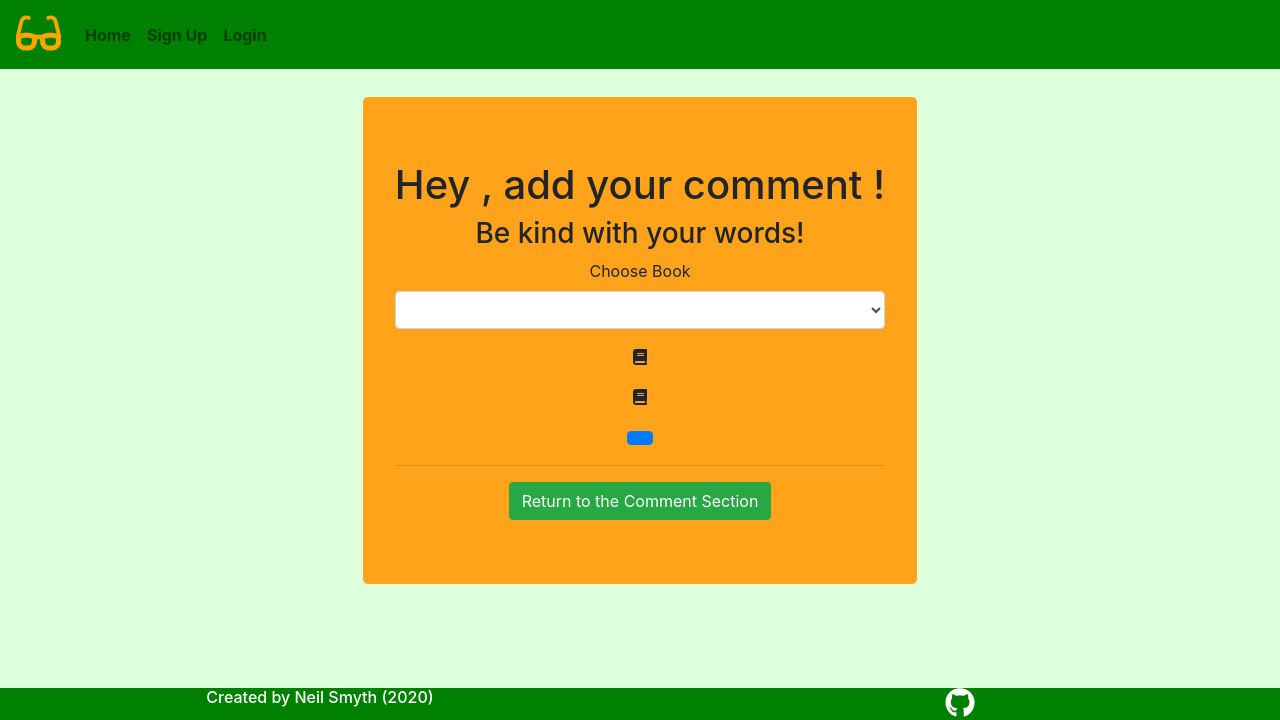
Repository: NeiloErnesto89/Data_Centric_Dev_Milestone_Project3
Page: templates/comment_form.html
The author's editor kept a record of every edit. The page is drawn from the files as they stood at one moment, then again after the next edit.
The browser window is 1280 px wide. The pictures show the whole page.
Some web libraries are served in a nearby version. The template is drawn by Flask 3. The application's start-up code is not run. Other server files are loaded and not shown. The template is opened directly, without the code that normally fills it, so the values that code supplies are empty.

Above is the page before.

### templates/comment_form.html
{% extends 'base.html' %} {% block content %}

<div class="container-fluid">

    <div class="row justify-content-center">

        <div class="jumbotron text-center mt-3">
            <h1>Hey {{ user.username }}, add your comment !</h1>

            <h3 class="title">Be kind with your words!</h3>

            <form method="POST" action="/comment_form">

                {{ form.hidden_tag() }}

                <div class="form-group">
                    <label for="exampleFormControlSelect1">Choose Book</label>
                    <select class="form-control" id="exampleFormControlSelect1">
                {% for book in books %}
                  <option>{{book.book_title}}</option>
                {% endfor %}
                </select>
                </div>

                <div class="form-group">
                    <i class="fas fa-book"></i>{{ form.book_title.label }} <br> {{ form.book_title(size=4) }} {% for error in form.book_title.errors %}
                    <span class="error">{{ error }}</span> {% endfor %}
                </div>

                <div class="form-group">
                    <i class="fas fa-book"></i> {{ form.user_comments.label }} <br> {{ form.user_comments(size=4) }} {% for error in form.user_comments.errors %}
                    <span class="error>{{ error }}</span> {% endfor %}
                </div>


                <button class=" btn btn-primary ">{{ form.submit() }} </button>
            </form>
            <hr>

            <div class='text-center mt-2'>
                    <a href="{{ url_for( 'all_comments') }} " class="btn btn-success ">Return to the Comment Section</a>
                </div>

        </div>




    </div>

</div>

{% endblock %}

### templates/base.html
<!DOCTYPE html>
<html lang="en">

<head>
    <meta charset="UTF-8">
    <meta name="viewport" content="width=device-width, initial-scale=1.0">
    <meta http-equiv="X-UA-Compatible" content="ie=edge">

    <title>Book Reviews</title>

    <!-- Bootstrap -->
    <link rel="stylesheet" href="https://stackpath.bootstrapcdn.com/bootstrap/4.3.1/css/bootstrap.min.css" integrity="sha384-ggOyR0iXCbMQv3Xipma34MD+dH/1fQ784/j6cY/iJTQUOhcWr7x9JvoRxT2MZw1T" crossorigin="anonymous">

    <!-- Google Font-->

    <link href="https://fonts.googleapis.com/css?family=Montserrat:400,700" rel="stylesheet">

    <!-- Font Awesome-->

    <link rel="stylesheet" href="https://use.fontawesome.com/releases/v5.7.2/css/all.css" integrity="sha384-fnmOCqbTlWIlj8LyTjo7mOUStjsKC4pOpQbqyi7RrhN7udi9RwhKkMHpvLbHG9Sr" crossorigin="anonymous">

    <link rel="stylesheet" href="https://cdnjs.cloudflare.com/ajax/libs/font-awesome/4.7.0/css/font-awesome.min.css">

    <!-- CSS -->

    <link rel="stylesheet" href="{{url_for('static', filename='css/style.css')}}" type="text/css" />


</head>

<body>

<div class="cover-container d-flex mx-auto flex-column">

            <!--NavBar with Burger Icon-->

        <header class="nav-container">
            <nav class="navbar navbar-expand-lg navbar-light mb-1 text-center fixed-top">
                <a class="navbar-brand" data-target="#modalPopUp" data-toggle="modal"><i class="fas fa-glasses" style="font-size:40px;color:orange;"></i></a>
                <button class="navbar-toggler" type="button" data-toggle="collapse" data-target="#navbarTogglerDemo02" aria-controls="navbarTogglerDemo02" aria-expanded="false" aria-label="Toggle navigation">
                                <span class="navbar-toggler-icon"></span>
                              </button>
                <div class="collapse navbar-collapse" id="navbarTogglerDemo02">
                    <ul class="navbar-nav mr-auto mt-0 mt-lg-0">

                        <li class="nav-item">
                            <a class="nav-link" href="{{ url_for('index') }}"><b>Home</b></a>
                        </li>
                        <li class="nav-item">
                            <a class="nav-link" href="{{ url_for('signup') }}"><b>Sign Up</b></a>
                        </li>
                        <li class="nav-item">
                            <a class="nav-link" href="{{ url_for('login') }}"><b>Login</b></a>
                        </li>



                    </ul>
                </div>
            </nav>
        </header>

        <hr>

    <div class="container mt-5 mb-3">
            {% block content %}
            {% endblock %}
    </div>

    <hr>

        <!--FOOTER -->

        <div class="footer container-fluid">
            <div class="row justify-content-center">
                <div class="text-center col-xs-12 col-sm-6">

                    <h6>Created by Neil Smyth (2020)</h6>

                </div>
                <div class="text-center col-xs-12 col-sm-6">

                    <a href="https://github.com/NeiloErnesto89" target="_blank "><i class="fab fa-github" style="font-size:30px; color:white; "></i></a>

                </div>
            </div>
        </div> <!-- footer container-->

</div>    <!--Cover Container -->

    <!-- JQuery -->
    <script src="https://cdnjs.cloudflare.com/ajax/libs/jquery/3.2.1/jquery.min.js"></script>

    <!-- Bootstrap JS-->

    <script src="https://code.jquery.com/jquery-3.3.1.slim.min.js" integrity="sha384-q8i/X+965DzO0rT7abK41JStQIAqVgRVzpbzo5smXKp4YfRvH+8abtTE1Pi6jizo" crossorigin="anonymous"></script>
    <script src="https://cdnjs.cloudflare.com/ajax/libs/popper.js/1.14.7/umd/popper.min.js" integrity="sha384-UO2eT0CpHqdSJQ6hJty5KVphtPhzWj9WO1clHTMGa3JDZwrnQq4sF86dIHNDz0W1" crossorigin="anonymous"></script>
    <script src="https://stackpath.bootstrapcdn.com/bootstrap/4.3.1/js/bootstrap.min.js" integrity="sha384-JjSmVgyd0p3pXB1rRibZUAYoIIy6OrQ6VrjIEaFf/nJGzIxFDsf4x0xIM+B07jRM" crossorigin="anonymous"></script>

    <!-- JS File -->

    <script src="{{url_for('static', filename='js/script.js')}}"></script>


    <!--  <script type="text/javascript">
        $(document).ready(function() {
            $('.collapsible').collapsible();
        });
    </script>  -->
</body>

</html>

### static/css/style.css
body {
  background-color: #DEFFDC;
  display: flex;
 /* margin: 0; */
}

/*.cover-container {
  min-height: 100vh;
  padding-top: 70px;
  background-size: cover;
  align-items: center;
  justify-content: center;
  position: relative;
  overflow-x: hidden;
*/
  /*.nav-container {
    position: fixed;
    width: 100%;
    z-index: 1;
    top: 0;
    left: 0;
    padding-left: 0;
    padding-right: 0;
    margin-left: 0;
    margin-right: 0;
  } */

  .navbar {
    background-color: green;
  }

  .jumbotron {
    background-color: #ffa31a;
    margin-right: 3rem;
    margin-left: 3rem;
  }

  /* Paginate Button on All Reviews.html (taken from w3 schools*/
  .paginate {
    display: inline-block;
  }

  .paginate a {
    color: black;
    float: left;
    padding: 8px 16px;
    text-decoration: none;
    margin: 15px;
  }

  .paginate a.active {
    background-color: #4CAF50;
    color: white;
    border-radius: 5px;
  }

  .paginate a:hover:not(.active) {
    background-color: #ddd;
    border-radius: 5px;
  }

  /* all_reviews.html - book review cards*/
  .card {
    margin: 5px;
    border: 8px solid rgb(5, 187, 5);
    border-radius: 3rem;
  }

  /* Card Image */
  /*
  .card-img-top {
    width: 100%;
    height: 15vw;
    object-fit: cover;
}
  */

  /* MODAL */

  .modal {
    color: black;
    background-color: rgb(204, 255, 204, 0.8);
}

.modal-header {

    background-color: rgb(204, 255, 204);
    opacity: 0.8;

}

.modal-title {
    font-size: 34px;
    font-weight: bold;
    text-align: center;
    margin-left: 45px;
    padding: 5px;
    text-decoration: underline;
}


.modal-body {
    font-size: 15px;
    font-weight: bold;
    color: white;
    background-color: rgb(0, 153, 51);
    opacity: 0.8;
    text-align: center;
}

.modal-footer {
    background-color: rgb(204, 255, 204);
    opacity: 0.8;
}

.modal-header .close {
    margin: -10px;
}


  .footer {
    position: fixed;
    left: 0;
    bottom: 0;
    width: 100%;
    background-color: green;
    color: white;
    text-align: center;
  }

### static/js/script.js
/*$(document).ready(function() {

    $('#popUpModal').modal('show');
}); */

$(function () {
  $('[data-toggle="tooltip"]').tooltip()
})

After the next edit:
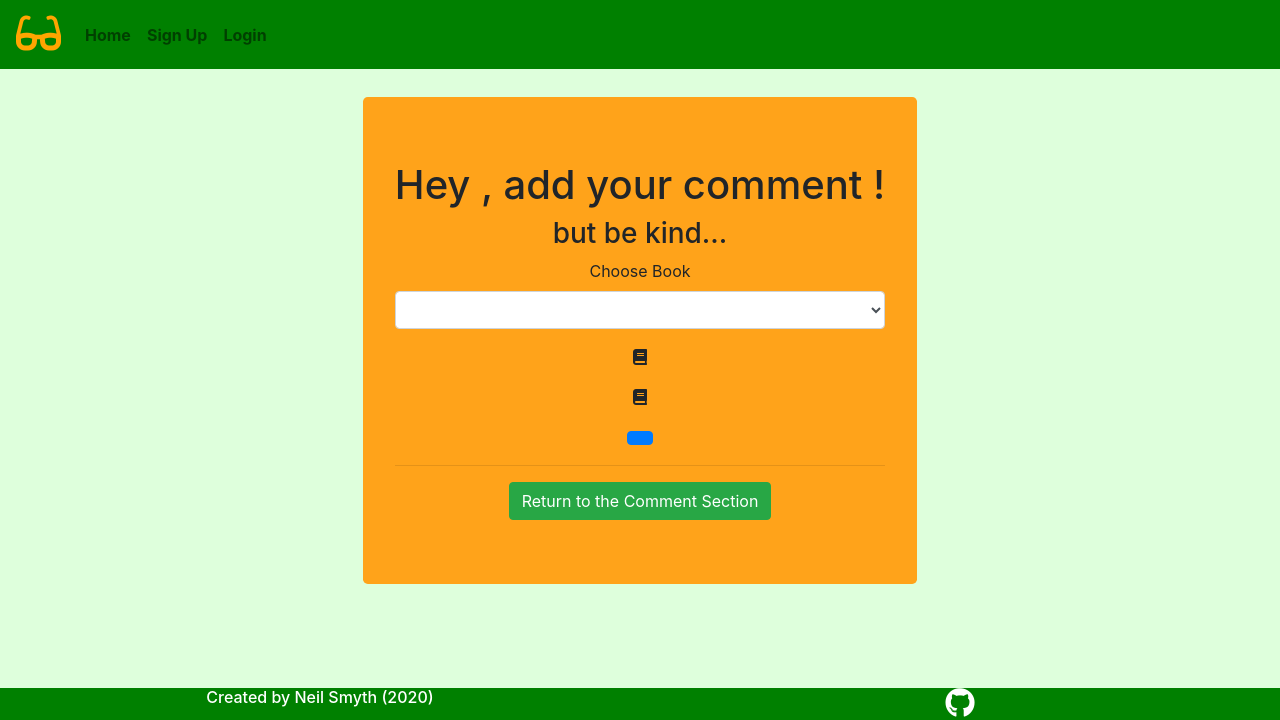
The edit:
--- a/templates/comment_form.html
+++ b/templates/comment_form.html
@@ -7,7 +7,7 @@
         <div class="jumbotron text-center mt-3">
             <h1>Hey {{ user.username }}, add your comment !</h1>
 
-            <h3 class="title">Be kind with your words!</h3>
+            <h3 class="title">but be kind...</h3>
 
             <form method="POST" action="/comment_form">
 
